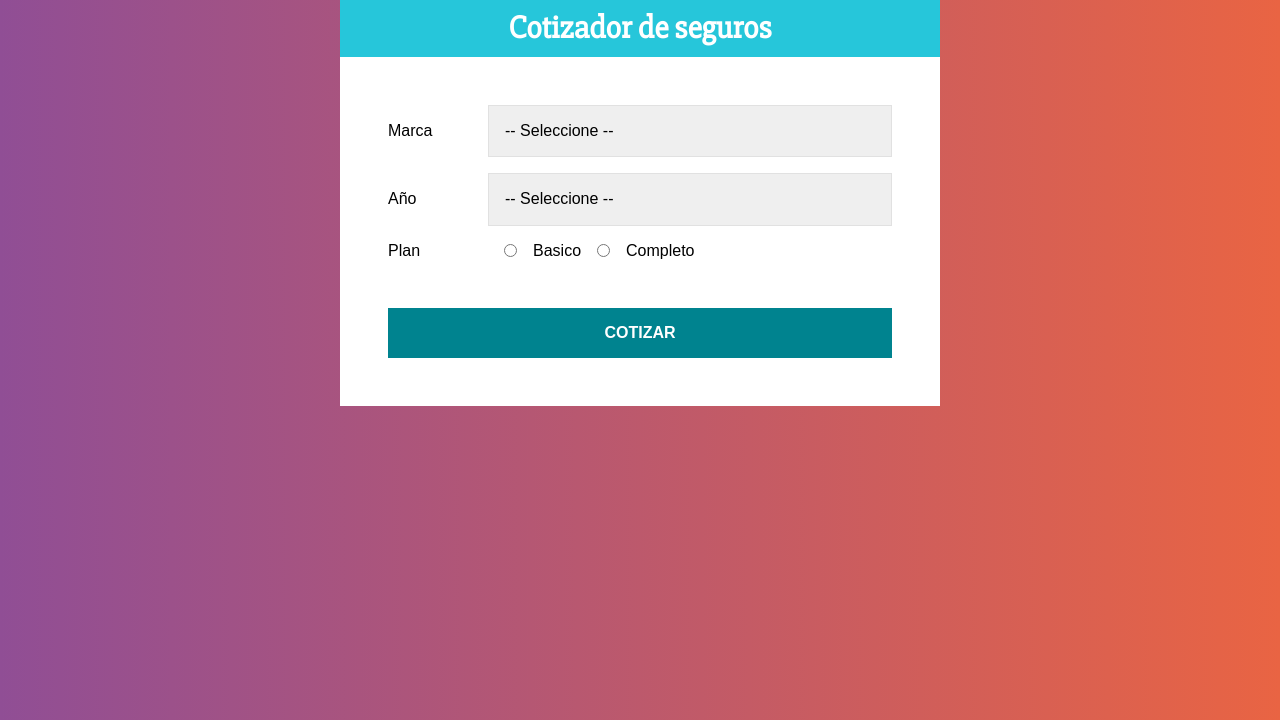
Repository: leonmezu1/cotizadorSeguroReact
Page: /
These files come from the project's save history. The page is drawn as it stood at one moment and after the next save; the edit follows.
The browser window is 1280 px wide. The pictures show the whole page.
The project was rebuilt for these pictures with package versions that can differ from the ones it lists, and the page was loaded fresh each time.

Above is the page before, as saved 2020-10-09 14:10:55.

### public/index.html
<!DOCTYPE html>
<html lang="en">
  <head>
    <meta charset="utf-8" />
    <link rel="icon" href="%PUBLIC_URL%/favicon.ico" />
    <meta name="viewport" content="width=device-width, initial-scale=1" />
    <meta name="theme-color" content="#000000" />
    <meta
      name="description"
      content="Web site created using create-react-app"
    />
    <link rel="apple-touch-icon" href="%PUBLIC_URL%/logo192.png" />
    <!--
      manifest.json provides metadata used when your web app is installed on a
      user's mobile device or desktop. See https://developers.google.com/web/fundamentals/web-app-manifest/
    -->
    <link rel="manifest" href="%PUBLIC_URL%/manifest.json" />
    <!--
      Notice the use of %PUBLIC_URL% in the tags above.
      It will be replaced with the URL of the `public` folder during the build.
      Only files inside the `public` folder can be referenced from the HTML.

      Unlike "/favicon.ico" or "favicon.ico", "%PUBLIC_URL%/favicon.ico" will
      work correctly both with client-side routing and a non-root public URL.
      Learn how to configure a non-root public URL by running `npm run build`.
    -->
    <link
      rel="stylesheet"
      href="https://necolas.github.io/normalize.css/8.0.0/normalize.css"
    />
    <link
      rel="stylesheet"
      href="https://fonts.googleapis.com/css?family=Slabo+27px"
    />
    <title>Cotizador de autos</title>
  </head>
  <body>
    <noscript>You need to enable JavaScript to run this app.</noscript>
    <div id="root"></div>
    <!--
      This HTML file is a template.
      If you open it directly in the browser, you will see an empty page.

      You can add webfonts, meta tags, or analytics to this file.
      The build step will place the bundled scripts into the <body> tag.

      To begin the development, run `npm start` or `yarn start`.
      To create a production bundle, use `npm run build` or `yarn build`.
    -->
  </body>
</html>

### src/index.css
*,
*::before,
*::after {
  box-sizing: border-box;
}

body {
  background: #e96443;
  /* fallback for old browsers */
  background: -webkit-linear-gradient(to right, #904e95, #e96443);
  /* Chrome 10-25, Safari 5.1-6 */
  background: linear-gradient(to right, #904e95, #e96443);
  font-family: Arial, Helvetica, sans-serif;
}

ul {
  list-style: none;
  padding: none;
  margin: none;
}

span.resultado {
  position: relative;
  width: 100%;
}

.resultado-enter {
  transition: .5s;
}

.resultado-enter.resultado-enter-active {
  transform: translateY(0%);
}

.resultado-exit {
  transform: translateY(0);
  transition: .5s;
  position: absolute;
  left: 0;
  bottom: 0;
  right: 0;
}

.resultado-exit-active {
  opacity: 0;
  transform: translateY(-10%);
}

### src/App.js
import React, { useState } from "react";
import Header from "./components/Header";
import styled from "@emotion/styled";
import Formulario from "./components/Formulario";

const Contenedor = styled.div`
  max-width: 600px;
  margin: 0 auto;
`;

const ContenedorFormulario = styled.div`
  background-color: #ffffff;
  padding: 3rem;
`;

function App() {
  const [resumen, guardarResumen] = useState({});

  return (
    <Contenedor>
      <Header titulo="Cotizador de seguros" />
      <ContenedorFormulario>
        <Formulario guardarResumen={guardarResumen} />
      </ContenedorFormulario>
    </Contenedor>
  );
}

export default App;

### src/components/Header.js
import React from "react";
import styled from "@emotion/styled";

const ContenedorHeader = styled.header`
  background-color: #26c6da;
  padding: 10px;
  font-weight: bold;
  color: #ffffff;
`;

const TextoHeader = styled.h1`
  font-size: 2rem;
  margin: 0;
  font-family: "Slabo 27px", serif;
  text-align: center;
`;

const Header = ({ titulo }) => (
  <ContenedorHeader>
    <TextoHeader>{titulo}</TextoHeader>
  </ContenedorHeader>
);

export default Header;

### src/components/Formulario.js
import React, { useState } from "react";
import styled from "@emotion/styled";
import { obtenerDiferenciaYears, calcularMarca, obtenerPlan } from "../helpers";

const Campo = styled.div`
  display: flex;
  margin-bottom: 1rem;
  align-items: center;
`;

const Label = styled.label`
  flex: 0 0 100px;
`;

const Select = styled.select`
  display: block;
  width: 100%;
  padding: 1rem;
  border: 1px solid #e1e1e1;
  -webkit-appearance: none;
`;

const InputRadio = styled.input`
  margin: 0 1rem;
`;

const Boton = styled.button`
  background-color: #00838f;
  font-size: 16px;
  width: 100%;
  padding: 1rem;
  color: #ffffff;
  text-transform: uppercase;
  font-weight: bold;
  border: none;
  transition: all 0.3s ease;
  margin-top: 2rem;

  &:hover {
    background-color: #26c6da;
    cursor: pointer;
  }
`;

const Error = styled.div`
  background-color: red;
  color: white;
  padding: 1rem;
  width: 100%;
  text-align: center;
  margin-bottom: 2rem;
`;

const Formulario = ({ guardarResumen }) => {
  const [datos, guardarDatos] = useState({
    marca: "",
    year: "",
    plan: "",
  });

  const [error, guardarError] = useState(false);

  const { marca, year, plan } = datos;

  const obtenerInformacion = (e) => {
    guardarDatos({
      ...datos,
      [e.target.name]: e.target.value,
    });
  };

  const cotizarSeguro = (e) => {
    e.preventDefault();

    if (marca.trim() === "" || year.trim() === "" || plan.trim() === "") {
      guardarError(true);
      return;
    }

    guardarError(false);

    let resultado = 2000;

    const diferenciaYears = obtenerDiferenciaYears(year);

    resultado -= diferenciaYears * 0.03 * resultado;

    resultado *= calcularMarca(marca);

    resultado *= obtenerPlan(plan);

    resultado = parseFloat(resultado).toFixed(2);

    guardarResumen({
      cotizacion: resultado,
      datos,
    });
  };

  return (
    <form onSubmit={cotizarSeguro}>
      {error ? <Error>Todos los campos son obligatorios</Error> : null}
      <Campo>
        <Label>Marca</Label>
        <Select name="marca" value={marca} onChange={obtenerInformacion}>
          <option value="">-- Seleccione --</option>
          <option value="americano">Americano</option>
          <option value="europeo">Europeo</option>
          <option value="asiatico">Asiatico</option>
        </Select>
      </Campo>
      <Campo>
        <Label>Año</Label>
        <Select name="year" value={year} onChange={obtenerInformacion}>
          <option value="">-- Seleccione --</option>
          <option value="2021">2021</option>
          <option value="2020">2020</option>
          <option value="2019">2019</option>
          <option value="2018">2018</option>
          <option value="2017">2017</option>
          <option value="2016">2016</option>
          <option value="2015">2015</option>
          <option value="2014">2014</option>
          <option value="2013">2013</option>
          <option value="2012">2012</option>
        </Select>
      </Campo>
      <Campo>
        <Label>Plan</Label>
        <InputRadio
          type="radio"
          name="plan"
          value="basico"
          checked={plan === "basico"}
          onChange={obtenerInformacion}
        />{" "}
        Basico
        <InputRadio
          type="radio"
          name="plan"
          value="completo"
          checked={plan === "completo"}
          onChange={obtenerInformacion}
        />{" "}
        Completo
      </Campo>
      <Boton type="submit">Cotizar</Boton>
    </form>
  );
};

export default Formulario;

### src/helpers.js
export const obtenerDiferenciaYears = (year) => new Date().getFullYear() - year;

export const calcularMarca = (marca) => {
  let increment;

  switch (marca) {
    case "europeo":
      increment = 1.3;
      break;
    case "americano":
      increment = 1.15;
      break;
    case "asiatico":
      increment = 1.05;
      break;
    default:
      break;
  }

  return increment;
};

export const obtenerPlan = (plan) => (plan === "basico" ? 1.2 : 1.5);

### src/components/Resumen.js
import React from "react";

const Resumen = () => {
  return <h2>Resumen de cotizacion</h2>;
};

export default Resumen;

Loaded but not shown: src/index.js (common file); src/serviceWorker.js (common file)

After the next save:
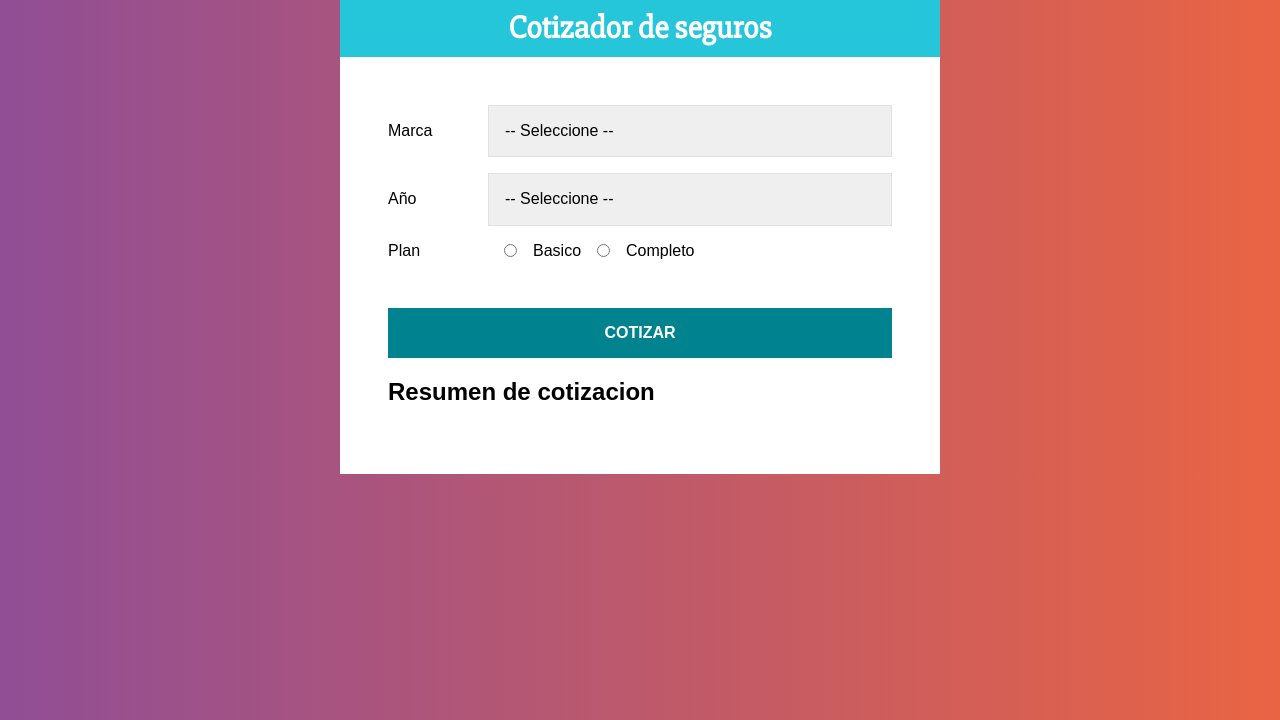
Saved 35 s later.
--- a/src/App.js
+++ b/src/App.js
@@ -2,6 +2,7 @@ import React, { useState } from "react";
 import Header from "./components/Header";
 import styled from "@emotion/styled";
 import Formulario from "./components/Formulario";
+import Resumen from "./components/Resumen";
 
 const Contenedor = styled.div`
   max-width: 600px;
@@ -21,6 +22,7 @@ function App() {
       <Header titulo="Cotizador de seguros" />
       <ContenedorFormulario>
         <Formulario guardarResumen={guardarResumen} />
+        <Resumen />
       </ContenedorFormulario>
     </Contenedor>
   );
